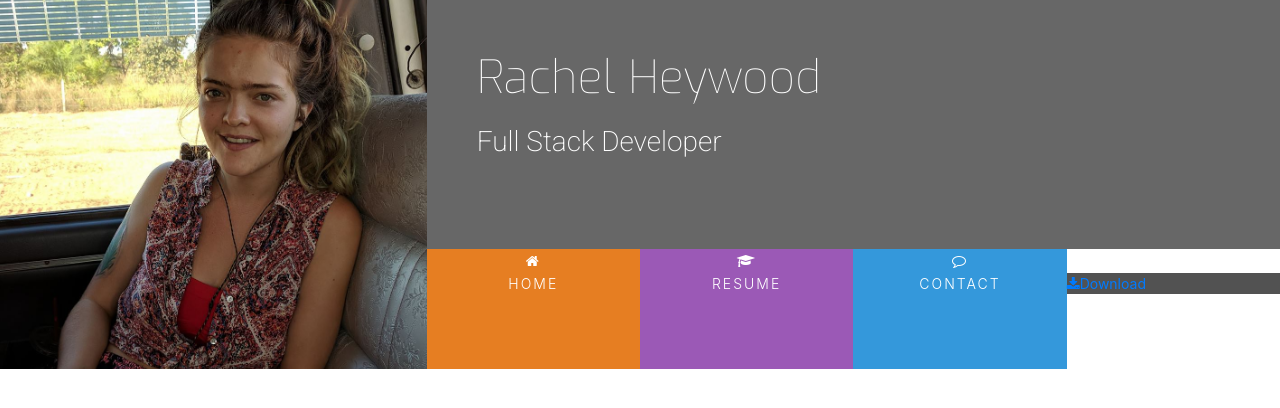
Repository: Heywood93/resume
Page: index.html
The author's editor kept a record of every edit. The page is drawn from the files as they stood at one moment, then again after the next edit.
The browser window is 1280 px wide. The pictures show the whole page.

Above is the page before.

### index.html
<!DOCTYPE html>
<html lang="en">
<head>
    <meta charset="UTF-8">
    <meta name="viewport" content="width=device-width, initial-scale=1.0">
    <meta http-equiv="X-UA-Compatible" content="ie=edge">
    <link rel="stylesheet" href="https://stackpath.bootstrapcdn.com/bootstrap/4.3.1/css/bootstrap.min.css" type="text/css" />
    <link rel="stylesheet" href="https://stackpath.bootstrapcdn.com/font-awesome/4.7.0/css/font-awesome.min.css" type="text/css" />
    <link rel="stylesheet" href="assets/css/style.css" type="text/css" />
    <title>Rachel Heywood</title>
</head>
<body>
    <header>
        <div class="row no-gutters">
            <a href="index.html" class="col-md-4 logo">

            </a>
            <div class="col-md-8">
                <div class="row no-gutters bg-color-name-title">
                    <div class="col heading">
                        <h1 class="name">Rachel Heywood</h1>
                        <h2 class="title">Full Stack Developer</h2>
                    </div>
                </div>
                <div class="row no-gutters">
                    <div class="col">
                        <ul id="nav" class="list-inline menucontainer">
                            <li class="col-6 col-sm-3 ui-menu-color-home list-inline-item menuitem">
                                <a href="#"><span class="fa fa-home" aria-hidden="true"></span><span>Home</span></a>
                            </li>
                            <li class="col-6 col-sm-3 ui-menu-color-resume list-inline-item menuitem">
                                <a href="#"><span class="fa fa-graduation-cap" aria-hidden="true"></span><span>Resume</span></a>
                            </li>
                            <li class="col-6 col-sm-3 ui-menu-color-contact list-inline-item menuitem">
                                <a href="#"><span class="fa fa-comment-o" aria-hidden="true"></span><span>Contact</span></a>
                            </li>
                            <li class="col-6 col-sm-3 ui-menu-color-download list-inline-item">
                                <a href="#"><span class="fa fa-download" aria-hidden="true"></span><span>Download</span></a>
                            </li>
                        </ul>
                    </div>
                </div>
            </div>
        </div>

    </header>
    <section>

    </section>
    <footer>

    </footer>
</body>
</html>

### assets/css/style.css
@import url('https://fonts.googleapis.com/css?family=Roboto:100,200,300,400,500,600,700|Exo:100,200,300,400,500,600,700');

/*----------Colors */

.bg-color-name-title {
    background-color: #676767;
}

.ui-menu-color-home {
    background-color: #e67e22
}

.ui-menu-color-resume {
    background-color: #9b59b6
}

.ui-menu-color-contact {
    background-color: #3498db
}

.ui-menu-color-download {
    background-color: #525252
}

/*----------Heading */

header {
    margin: 0;
}

.heading {
    margin-left : 50px;
}

.logo {
    background: url(../images/profile-picture.jpg);
    background-position: center;
    background-repeat: no-repeat;
    background-size: cover;
    min-height: 360px;
    transition: all .5s ease-in-out;
    -moz-transition: all .5s ease-in-out;
    -webkit-transition: all .5s ease-in-out;
}

.name {
    font-family: "Exo", sans-serif;
    font-weight: 100;
    font-size: 46px;
    margin-top: 50px;
    color: #fff;
}

.title {
    font-family: "Roboto", sans-serif;
    font-weight: 200;
    font-size: 28px;
    margin-top: 20px;
    margin-bottom: 90px;
    color: #fff;
}

.list-inline-item:not(:last-child) {
    margin: 0;
}

.menucontainer {
    font-size: 0;
}

#nav {
    margin: 0;
}

#nav li {
    font-size: 14px;
    padding: 0;
}

.menuitem {
    height: 120px;
    text-align: center;
    padding: 0;
}

.menuitem a {
    width: 100%;
    text-decoration: none;
    color: #fff;
    height: 120px;
}

.menuitem a i {
    padding-top: 22px;
    display: block;
    color: #fafafa;
    font-size: 26px;
}

.menuitem span {
    display: block;
    width: 100%;
    padding-top: 5px;
    text-align: center;
    text-transform: uppercase;
    font-size: 14px;
    font-weight: 300;
    letter-spacing: 2px;
}

/*----------Hover.css */

.hvr-sweep-to-bottom:before {
    background: rgba(0, 0, 0, 0.2);
    height: 120px;
}

After the next edit:
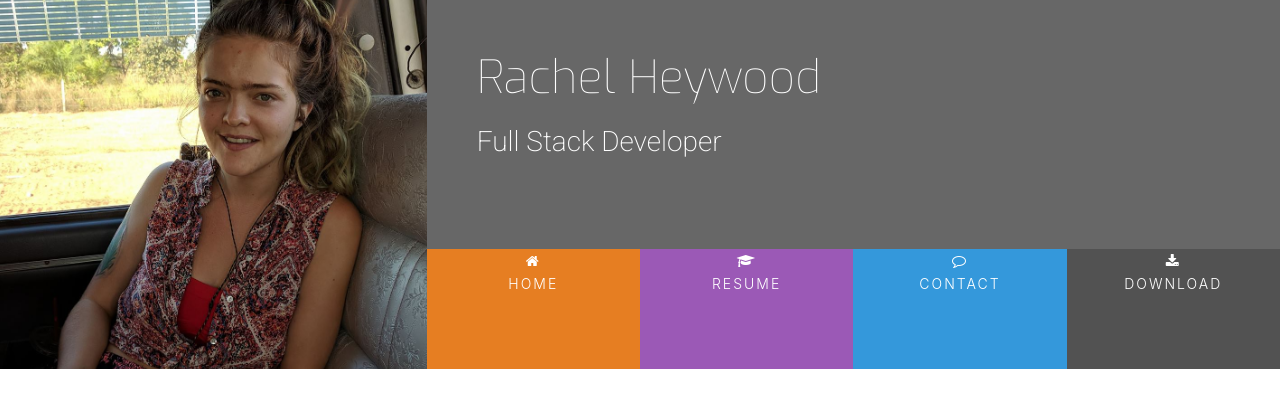
The edit:
--- a/index.html
+++ b/index.html
@@ -34,7 +34,7 @@
                             <li class="col-6 col-sm-3 ui-menu-color-contact list-inline-item menuitem">
                                 <a href="#"><span class="fa fa-comment-o" aria-hidden="true"></span><span>Contact</span></a>
                             </li>
-                            <li class="col-6 col-sm-3 ui-menu-color-download list-inline-item">
+                            <li class="col-6 col-sm-3 ui-menu-color-download list-inline-item menuitem">
                                 <a href="#"><span class="fa fa-download" aria-hidden="true"></span><span>Download</span></a>
                             </li>
                         </ul>
